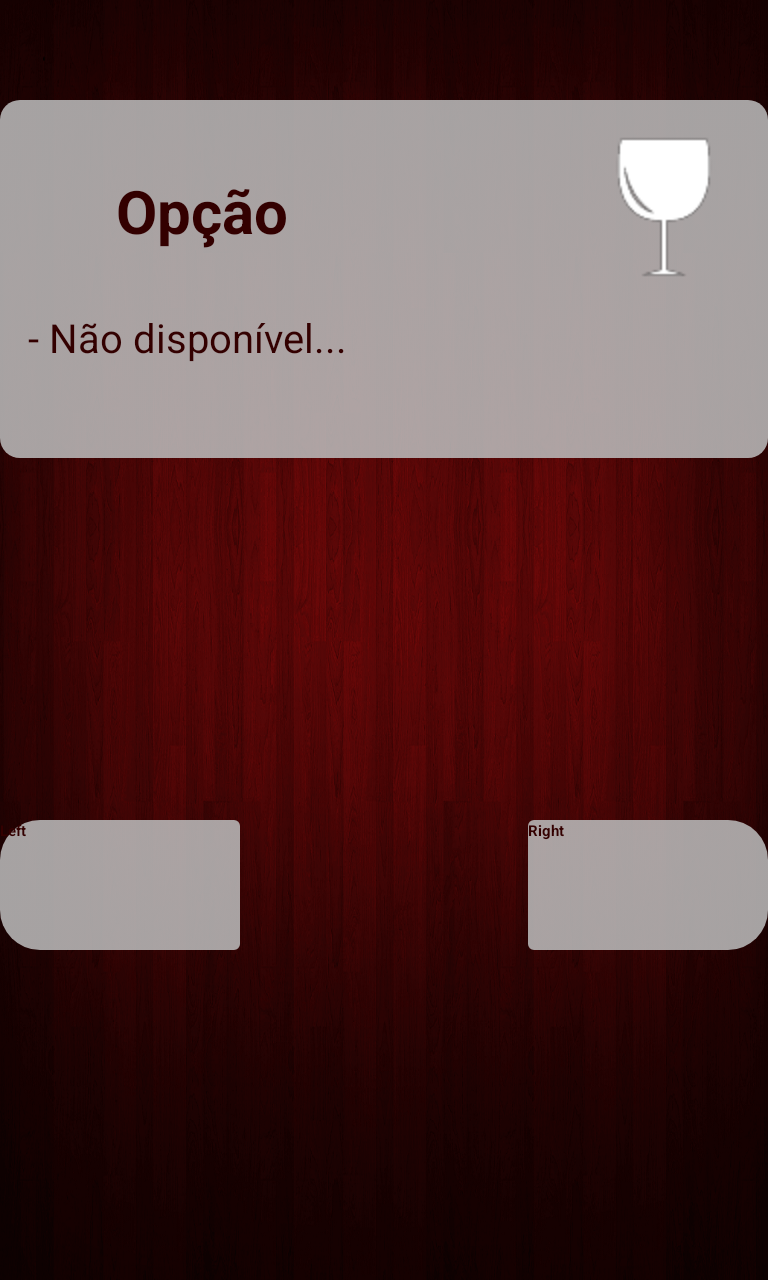
Repository: LuisFilipeDias/eMenu
Layout: SideMenuTutorial/res/layout/display_fragment.xml
The author's editor kept a copy of each file at every save. The layout is drawn from the files as they stood at one save, then again after the next save.
It is drawn on a 768 x 1280 px phone screen (xhdpi) without system bars, with theme Theme.Sherlock; the app's code is not run.

Above is the layout before, as saved 2013-12-23 19:02:01.

After the next save:
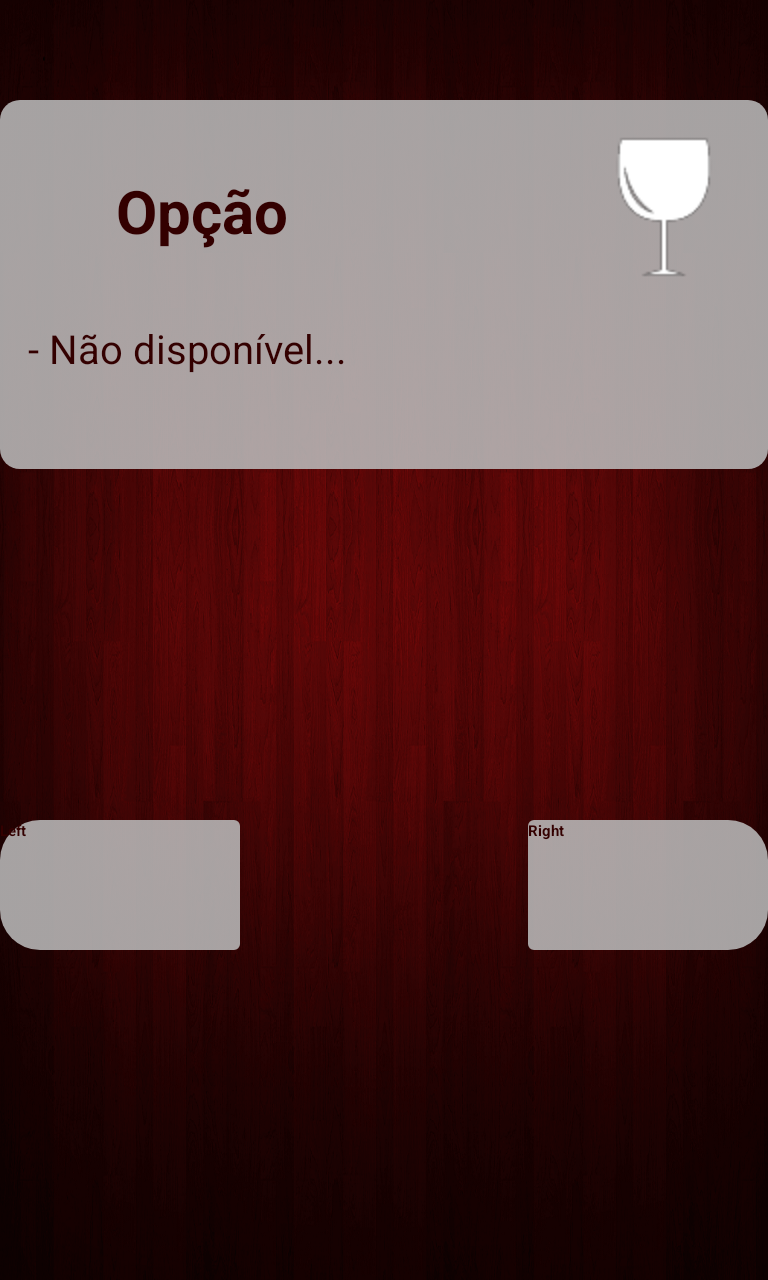
Saved 34 s later.
--- a/SideMenuTutorial/res/layout/display_fragment.xml
+++ b/SideMenuTutorial/res/layout/display_fragment.xml
@@ -47,7 +47,7 @@
                     android:textStyle="bold" />
 
                 <TextView
-                    android:id="@+id/bogus_ttl"
+                    android:id="@+id/icon_title"
                     android:layout_width="75dp"
                     android:layout_height="75dp"
                     android:layout_alignParentRight="true"
